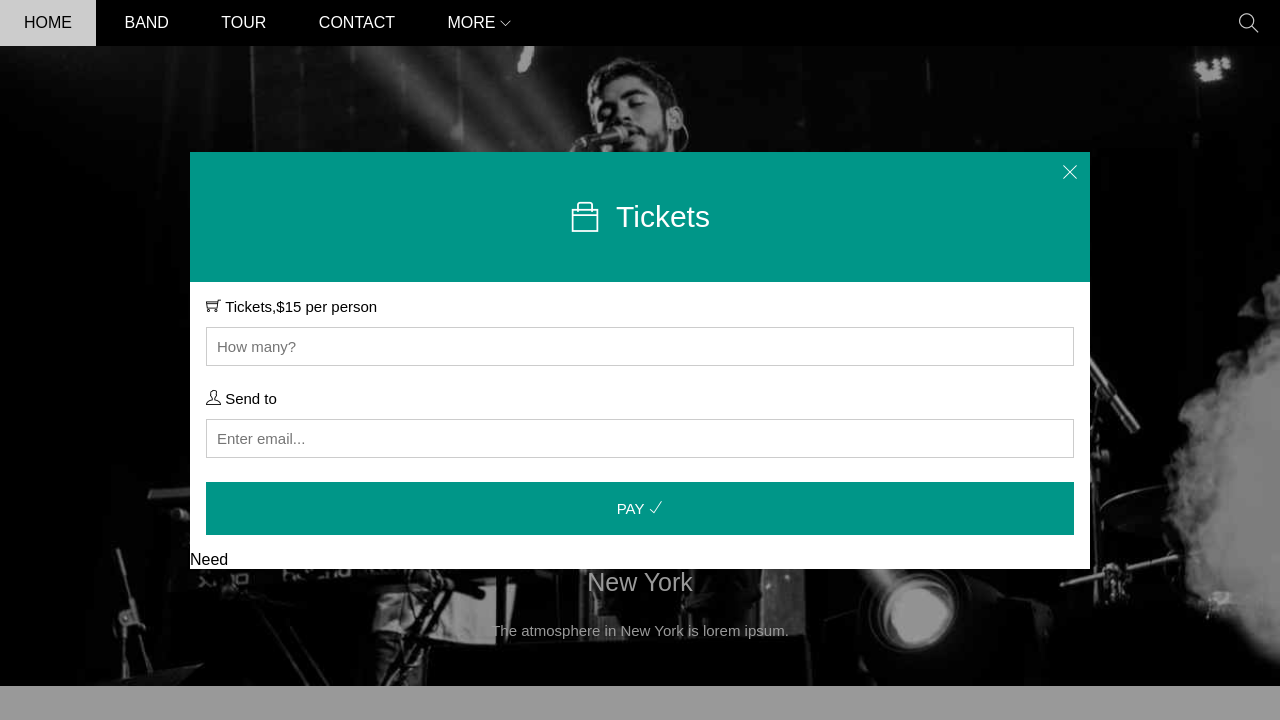
Repository: BrandonTuan777/The_Band
Page: index.html
The author's editor kept a copy of each file at every save. The page is drawn from the files as they stood at one save, then again after a run of saves.
The browser window is 1280 px wide. The pictures show the window.
A layer covers the whole window, so only the first screen is drawn.

Above is the page before, as saved 2022-04-17 21:52:19.

After the next 6 saves:
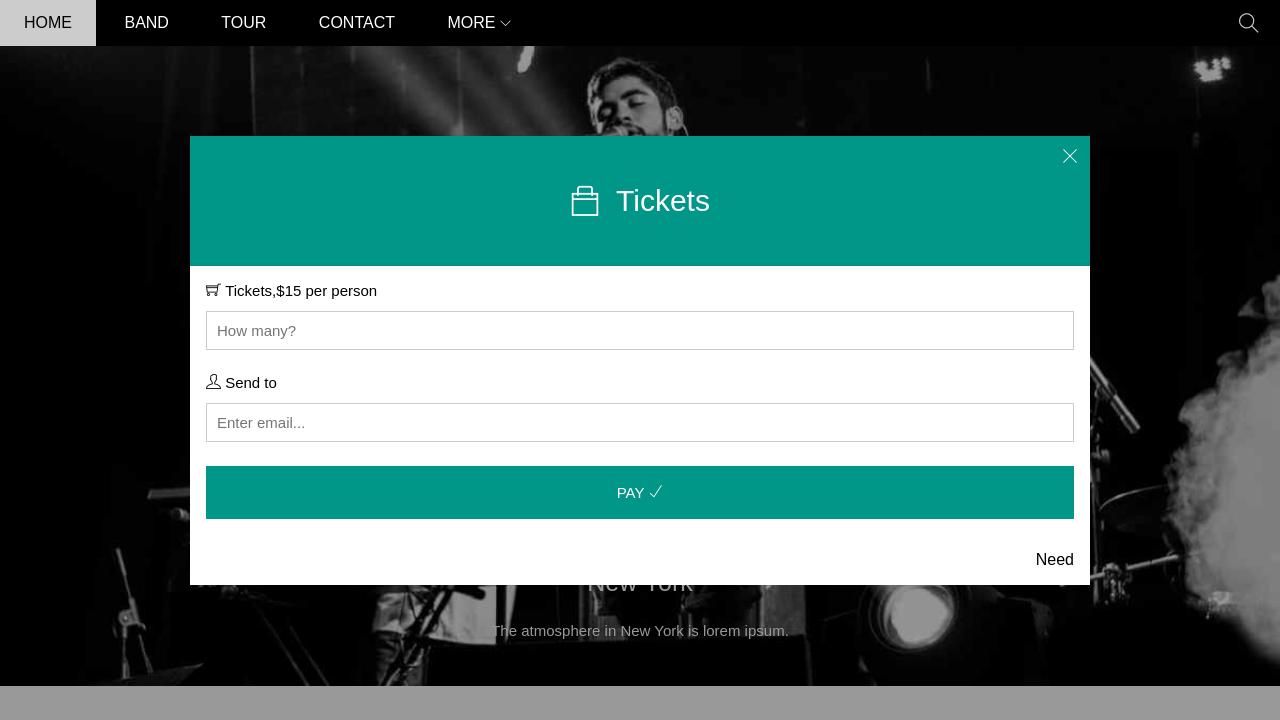
The 6 saves are shown as one change because they came seconds apart.
The last was saved 28 s later.
--- a/assets/css/styles.css
+++ b/assets/css/styles.css
@@ -472,6 +472,6 @@ header.modal-header {
 }
 
 .modal-footer{
-  pading:16px;
-
-}
+  padding:16px;
+  text-align: right;
+}
